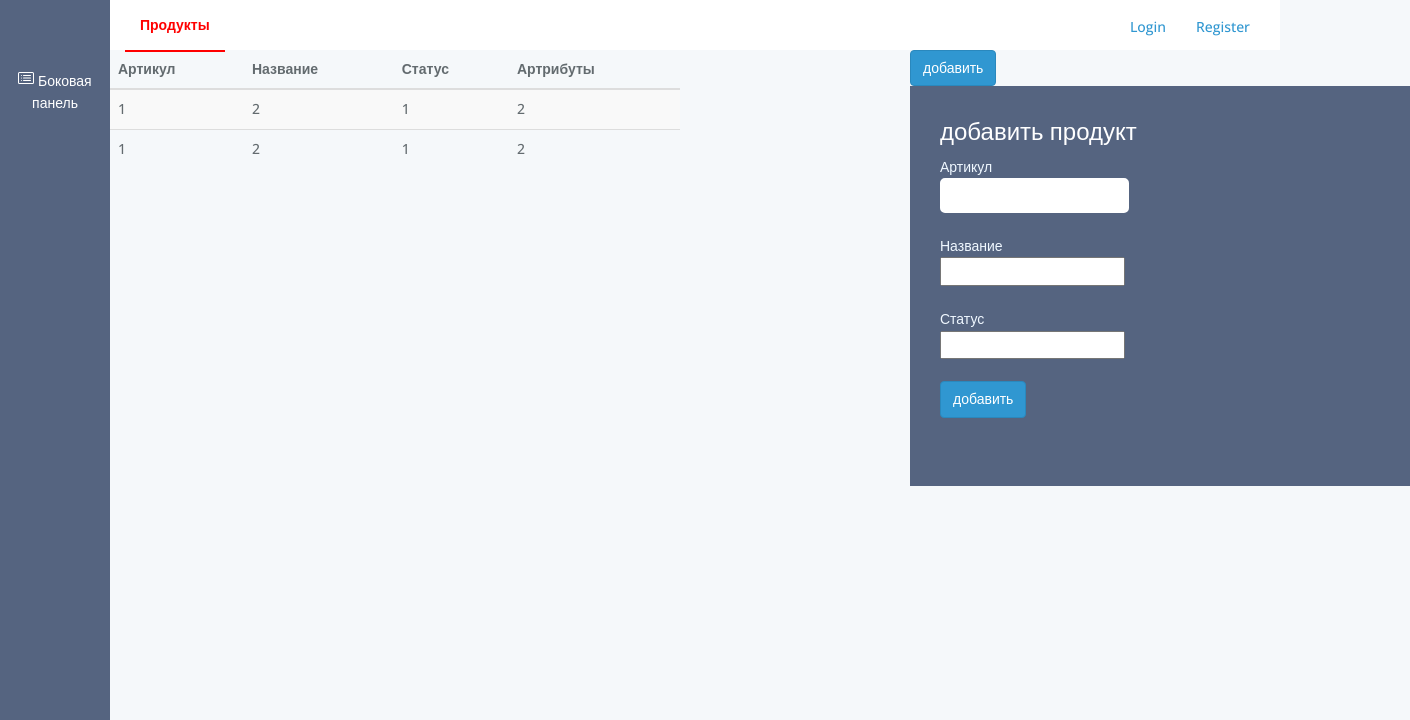
Repository: blackjack043/laravel-crud
Page: http://localhost/page2
These files come from the project's save history. The page is drawn as it stood at one moment and after the next save; the edit follows.
The browser window is 1280 px wide. The page is 1410 px wide, so the pictures cover 1410 px, including what lies to the right of the window. The pictures show the whole page.
Some web fonts or font styles are not loaded; a fallback is used. The page is served by the project's Laravel application, run on PHP 8.4 with Laravel 8. Other server files are loaded and not shown.

Above is the page before, as saved 2022-03-07 16:18:29.

### routes/web.php
<?php

/*
|--------------------------------------------------------------------------
| Web Routes
|--------------------------------------------------------------------------
|
| Here is where you can register web routes for your application. These
| routes are loaded by the RouteServiceProvider within a group which
| contains the "web" middleware group. Now create something great!
|
*/
use Illuminate\Http\Request;
use App\Contact12;


Route::get('/', function () {
    return view('welcome');
});

Route::get('/page2', function () {
    return view('page2');
});



Route::post('/profile', 'ContactController@submit');

Auth::routes();

Route::get('/home', 'HomeController@index');

Auth::routes();

Route::get('/home', 'HomeController@index');

### resources/views/page2.blade.php
@extends('layouts.app2')

@section('content')
<div>
    <div class="row">

        <div class="col-md-6 ">


<!--         @if($errors->any())
            <div style=>
            @foreach ($errors->all() as $error)
            <div >
                {{$error}}
            </div>
            @endforeach
            </div>
         @endif
<form  method="POST" action="/profile">
{{ csrf_field() }}

                <div class="row" >
  <div class="col-md-2" ><h4>Название</h4></div>
  <div class="col-md-10">
<div class="input-group" >
<input type="text" name="label" class="form-control"  aria-describedby="sizing-addon2">
                </div></div>
</div>

<div class="row">
  <div class="col-md-2"><h4>Исполнитель</h4></div>
  <div class="col-md-10">
    <select name="ispolnitel">
    <option value="cherkesov">Черкесов В.А.</option>
    <option value="matancev">Матанцев Е.Р.</option>
    </select>
</div>
</div>

<div class="row">
  <div class="col-md-2"><h4>Описание задачи</h4></div>
  <div class="col-md-8">
		<textarea name="text" class="form-control" rows="3"></textarea>
</div>



</div>
<input type="submit" class="btn btn-primary">
</form> -->


<table class="table table-striped table-hover">
    <thead>
        <tr>
            <th>Артикул</th>
            <th>Название</th>
            <th>Статус</th>
            <th>Артрибуты</th>
            </tr>

    </thead>

    <tbody>
        <tr>
            <td>1</td>
            <td>2</td>
            <td>1</td>
            <td>2</td>
        </tr>
        <tr>
            <td>1</td>
            <td>2</td>
            <td>1</td>
            <td>2</td>
        </tr>
    </tbody>
</table>


                </div>
                <div class="col-md-4 col-md-offset-2">
        <button class="btn btn-primary">добавить</button>
<div style="background-color: #556480;width:500px;height: 400px;padding-left:30px;padding-top:10px;">
    <div style="color: white"><h3>добавить продукт</h3></div>

    <div> <span style="color:aliceblue"> Артикул </span> </div>
    <div style=""><input type="text" style="padding: 3px;border-radius: 5px;  border: 3px solid #ffffff;"/> </div>
    <br>
    <div> <span style="color:aliceblue"> Название </span> </div>
    <div><input type="text" /> </div>
    <br>
    <div> <span style="color:aliceblue"> Статус </span> </div>
    <div><input type="text" /> </div>
    <br>
    <button class="btn btn-primary">добавить</button>
</div>
        </div>



            </div>
        </div>






@endsection

### resources/views/layouts/app2.blade.php
<!DOCTYPE html>
<html lang="en">
<head>
    <meta charset="utf-8">
    <meta http-equiv="X-UA-Compatible" content="IE=edge">
    <meta name="viewport" content="width=device-width, initial-scale=1">
    <link rel="preconnect" href="https://fonts.googleapis.com">
<link rel="preconnect" href="https://fonts.gstatic.com" crossorigin>
<link href="https://fonts.googleapis.com/css2?family=Open+Sans:wght@300;500;700&display=swap" rel="stylesheet">
    <!-- CSRF Token -->
    <meta name="csrf-token" content="{{ csrf_token() }}">

    <title>{{ config('app.name', 'Laravel') }}</title>

    <!-- Styles -->
    <link href="/css/app.css" rel="stylesheet">

    <!-- Scripts -->
    <script>
        window.Laravel = <?php echo json_encode([
            'csrfToken' => csrf_token(),
        ]); ?>
    </script>
</head>
<body style="font-family: 'Open Sans', sans-serif;">
    <div id="app" style="display: flex;">
        <div style="width:200px; height:100vh;background: #556480;color: white; font-size: 14px;text-align: center; padding-top:70px" >

        <svg xmlns="http://www.w3.org/2000/svg" width="16" height="16" fill="currentColor" class="bi bi-card-list" viewBox="0 0 16 16">
  <path d="M14.5 3a.5.5 0 0 1 .5.5v9a.5.5 0 0 1-.5.5h-13a.5.5 0 0 1-.5-.5v-9a.5.5 0 0 1 .5-.5h13zm-13-1A1.5 1.5 0 0 0 0 3.5v9A1.5 1.5 0 0 0 1.5 14h13a1.5 1.5 0 0 0 1.5-1.5v-9A1.5 1.5 0 0 0 14.5 2h-13z"/>
  <path d="M5 8a.5.5 0 0 1 .5-.5h7a.5.5 0 0 1 0 1h-7A.5.5 0 0 1 5 8zm0-2.5a.5.5 0 0 1 .5-.5h7a.5.5 0 0 1 0 1h-7a.5.5 0 0 1-.5-.5zm0 5a.5.5 0 0 1 .5-.5h7a.5.5 0 0 1 0 1h-7a.5.5 0 0 1-.5-.5zm-1-5a.5.5 0 1 1-1 0 .5.5 0 0 1 1 0zM4 8a.5.5 0 1 1-1 0 .5.5 0 0 1 1 0zm0 2.5a.5.5 0 1 1-1 0 .5.5 0 0 1 1 0z"/>
</svg>
<span style="padding-top: 0px"> Боковая панель</span>
       </div>
        <div style="display:inline; ">
        <nav class="" style="height: 50px; background: white; color:#f5f5f5">
            <div class="container">
                <div class="navbar-header">

                </div>

                <div style="display: flex; justify-content:space-between">
                    <!-- Left Side Of Navbar -->
                    <ul class="nav navbar-nav navbar-left">
                        &nbsp;
                        <li style="border-bottom: 2px solid red; color: red"><a href="#" style="color: red; font-weight: bold">Продукты</a></li>
                    </ul>

                    <!-- Right Side Of Navbar -->
                    <ul class="nav navbar-nav " style="align-self:flex-end">
                        <!-- Authentication Links -->
                        @if (Auth::guest())
                            <li><a href="{{ url('/login') }}">Login</a></li>
                            <li><a href="{{ url('/register') }}">Register</a></li>
                        @else
                            <li class="dropdown">
                                <a href="#" class="dropdown-toggle" data-toggle="dropdown" role="button" aria-expanded="false">
                                    {{ Auth::user()->name }} <span class="caret"></span>
                                </a>

                                <ul class="dropdown-menu" role="menu">
                                    <li>
                                        <a href="{{ url('/logout') }}"
                                            onclick="event.preventDefault();
                                                     document.getElementById('logout-form').submit();">
                                            Logout
                                        </a>

                                        <form id="logout-form" action="{{ url('/logout') }}" method="POST" style="display: none;">
                                            {{ csrf_field() }}
                                        </form>
                                    </li>
                                </ul>
                            </li>
                        @endif
                    </ul>
                </div>
            </div>
        </nav>

        @yield('content')
    </div>
    </div>
    <!-- Scripts -->
    <script src="/js/app.js"></script>
</body>
</html>

Loaded but not shown: app/Http/Controllers/Auth/LoginController.php (common file); app/Http/Controllers/Controller.php (common file); public/css/app.css (library); public/js/app.js (library)

After the next save:
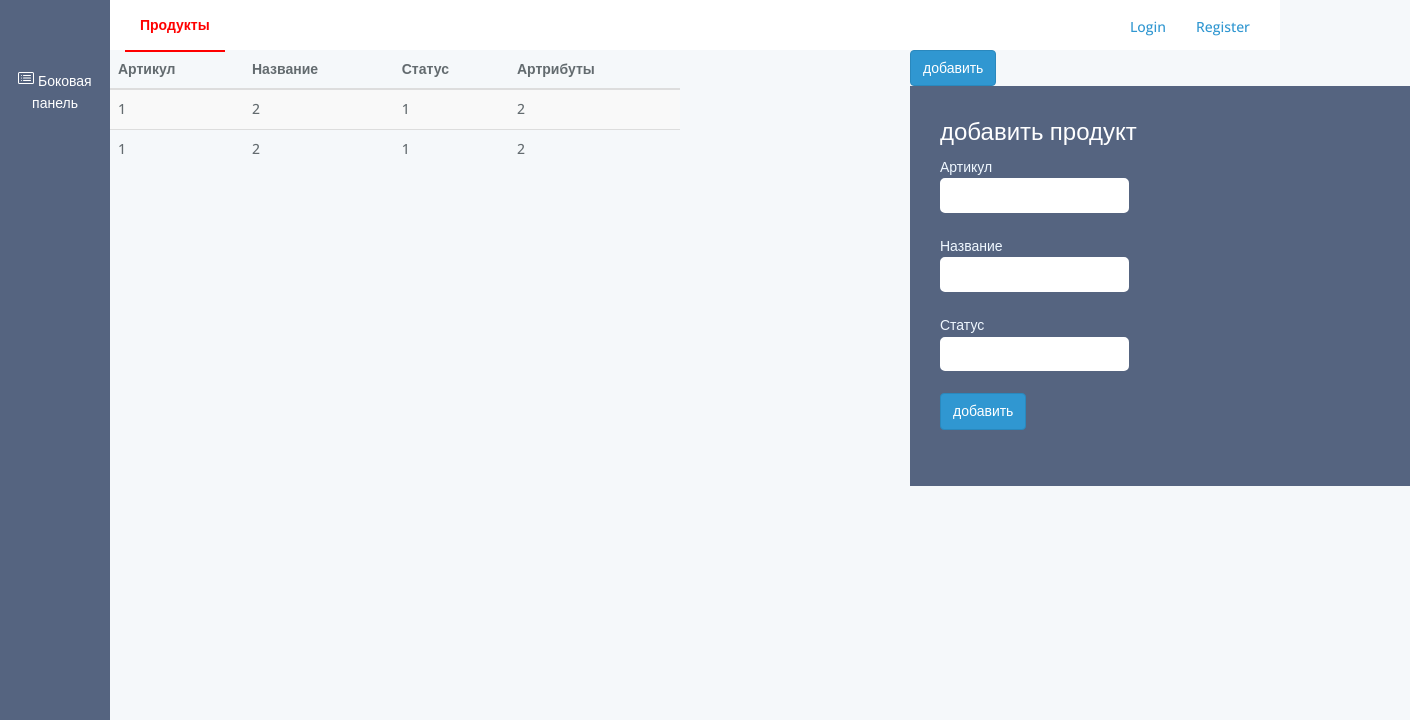
Saved 33 s later.
--- a/resources/views/page2.blade.php
+++ b/resources/views/page2.blade.php
@@ -88,10 +88,10 @@
     <div style=""><input type="text" style="padding: 3px;border-radius: 5px;  border: 3px solid #ffffff;"/> </div>
     <br>
     <div> <span style="color:aliceblue"> Название </span> </div>
-    <div><input type="text" /> </div>
+    <div><input type="text" style="padding: 3px;border-radius: 5px;  border: 3px solid #ffffff;"/> </div>
     <br>
     <div> <span style="color:aliceblue"> Статус </span> </div>
-    <div><input type="text" /> </div>
+    <div><input type="text" style="padding: 3px;border-radius: 5px;  border: 3px solid #ffffff;"/> </div>
     <br>
     <button class="btn btn-primary">добавить</button>
 </div>
